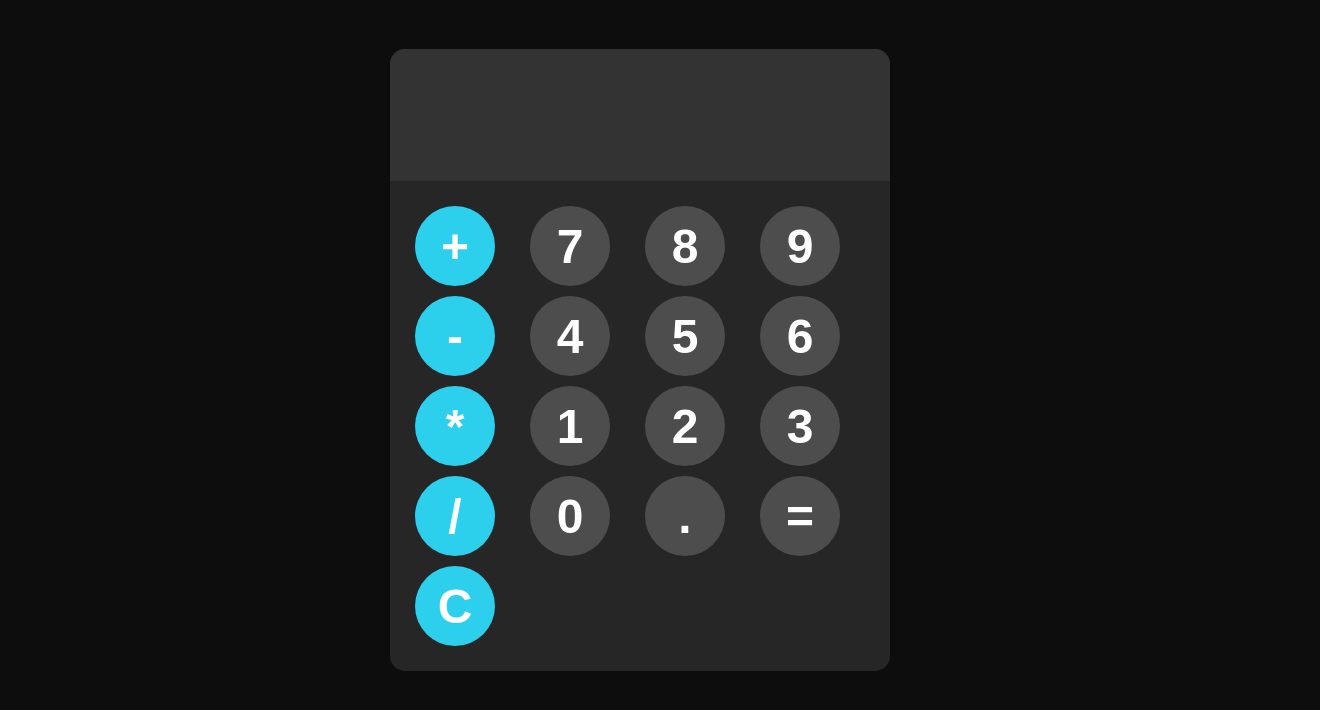
Repository: Haakim19/JavaScript
Page: Calculater/Main.html
The author's editor kept a copy of each file at every save. The page is drawn from the files as they stood at one save, then again after the next save.
The browser window is 1280 px wide. The page is 1280 px wide, then 1320 px, then 1280 px, so the pictures cover 1320 px, including what lies to the right of the window. The pictures show the whole page.

Above is the page before, as saved 2024-10-22 21:56:18.

After the next save:
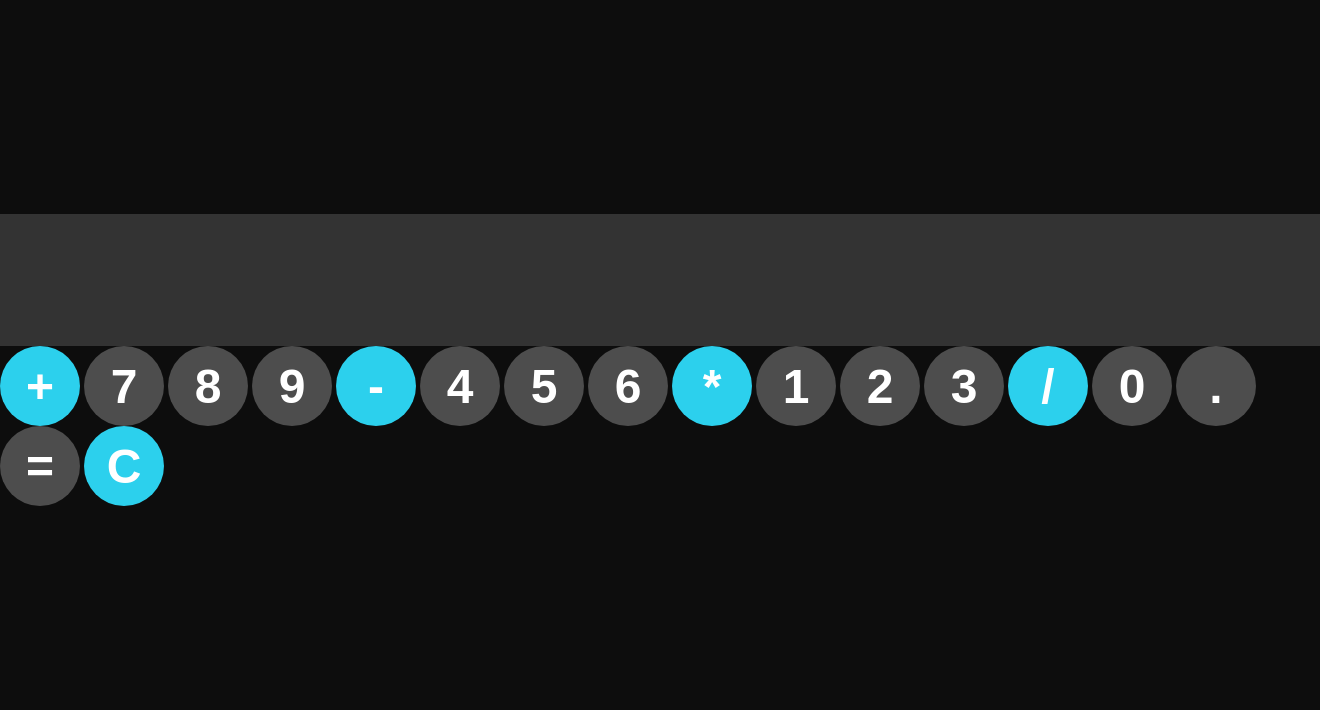
Saved 70 s later.
--- a/Calculater/Main.html
+++ b/Calculater/Main.html
@@ -7,9 +7,9 @@
     <link rel="stylesheet" href="Main.css">
 </head>
 <body>
-    <div class="calculator">
+    <div id="calculator">
         <input id= "display" readonly>
-        <div class="keys">
+        <div id="keys">
             <button onclick="appentToDisplay('+')" class="operator-btn">+</button>
             <button onclick="appentToDisplay('7')">7</button>
             <button onclick="appentToDisplay('8')">8</button>

After the save that followed:
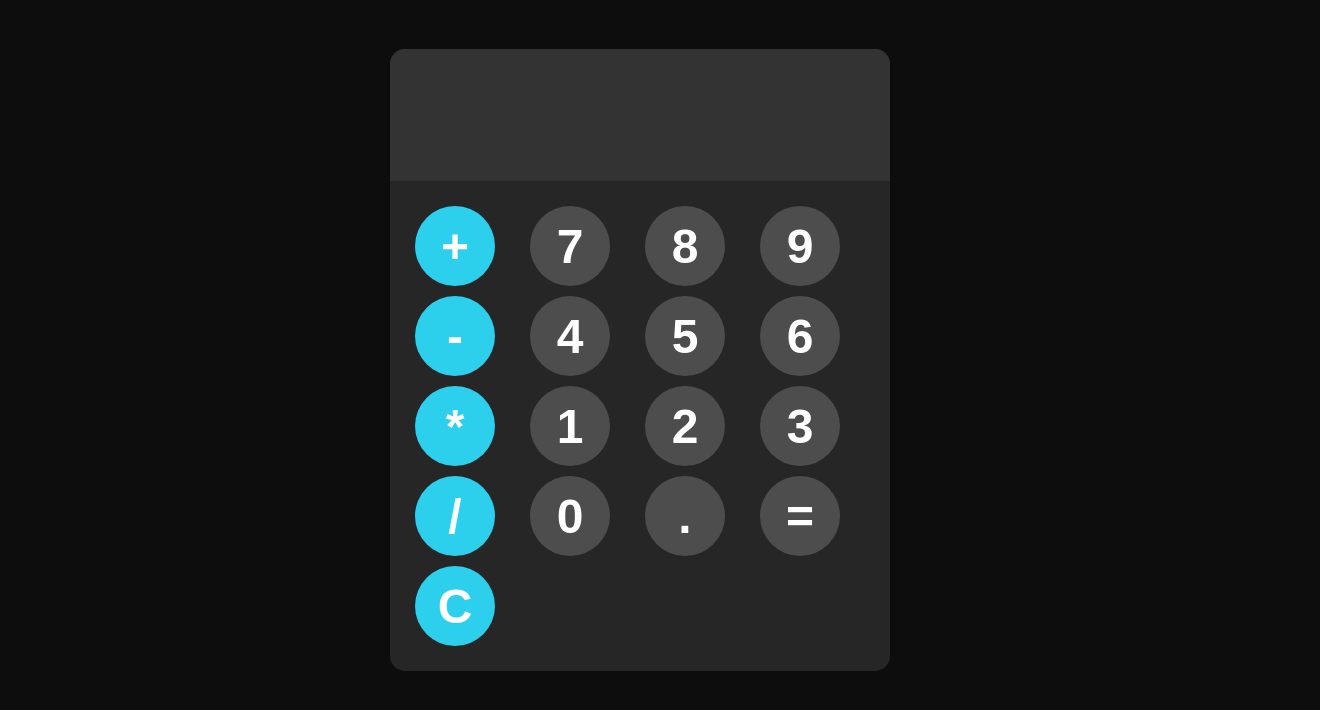
Saved 2 s later.
--- a/Calculater/Main.css
+++ b/Calculater/Main.css
@@ -6,7 +6,7 @@ body{
     height: 100vh;
     background-color: hsl(0,0%, 5%);
 }
-.calculator{
+#calculator{
     font-family:sans-serif;
     background-color: hsl(0, 0%, 15%);
     border-radius: 15px;
@@ -23,7 +23,7 @@ body{
     background-color: hsl(0, 0%, 20%);
 
 }
-.keys{
+#keys{
     display: grid;
     grid-template-columns: repeat(4, 1fr);
     gap: 10px;
